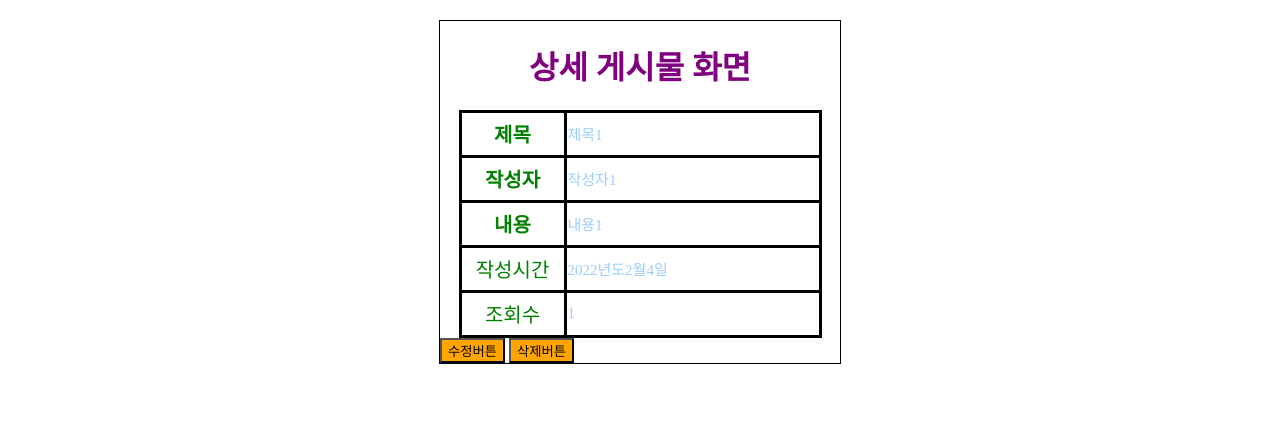
Repository: Kray273/JSLab
Page: css/src/main/webapp/Day97/boardcontents.html
The author's editor kept a copy of each file at every save. The page is drawn from the files as they stood at one save, then again after the next save.
The browser window is 1280 px wide. The pictures show the whole page.

Above is the page before, as saved 2022-11-25 10:04:40.

After the next save:
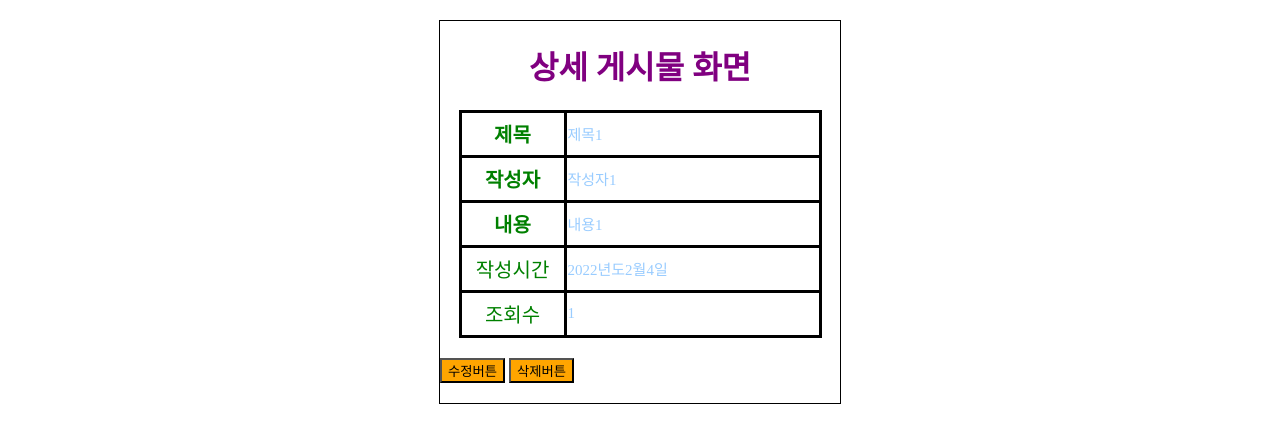
Saved 52 s later.
--- a/css/src/main/webapp/Day97/boardcontents.html
+++ b/css/src/main/webapp/Day97/boardcontents.html
@@ -35,7 +35,7 @@
 		width: 250px;
 	}
 
-	div #low {
+	#lower {
 		margin: 20px auto;
 	}
 	#button {
